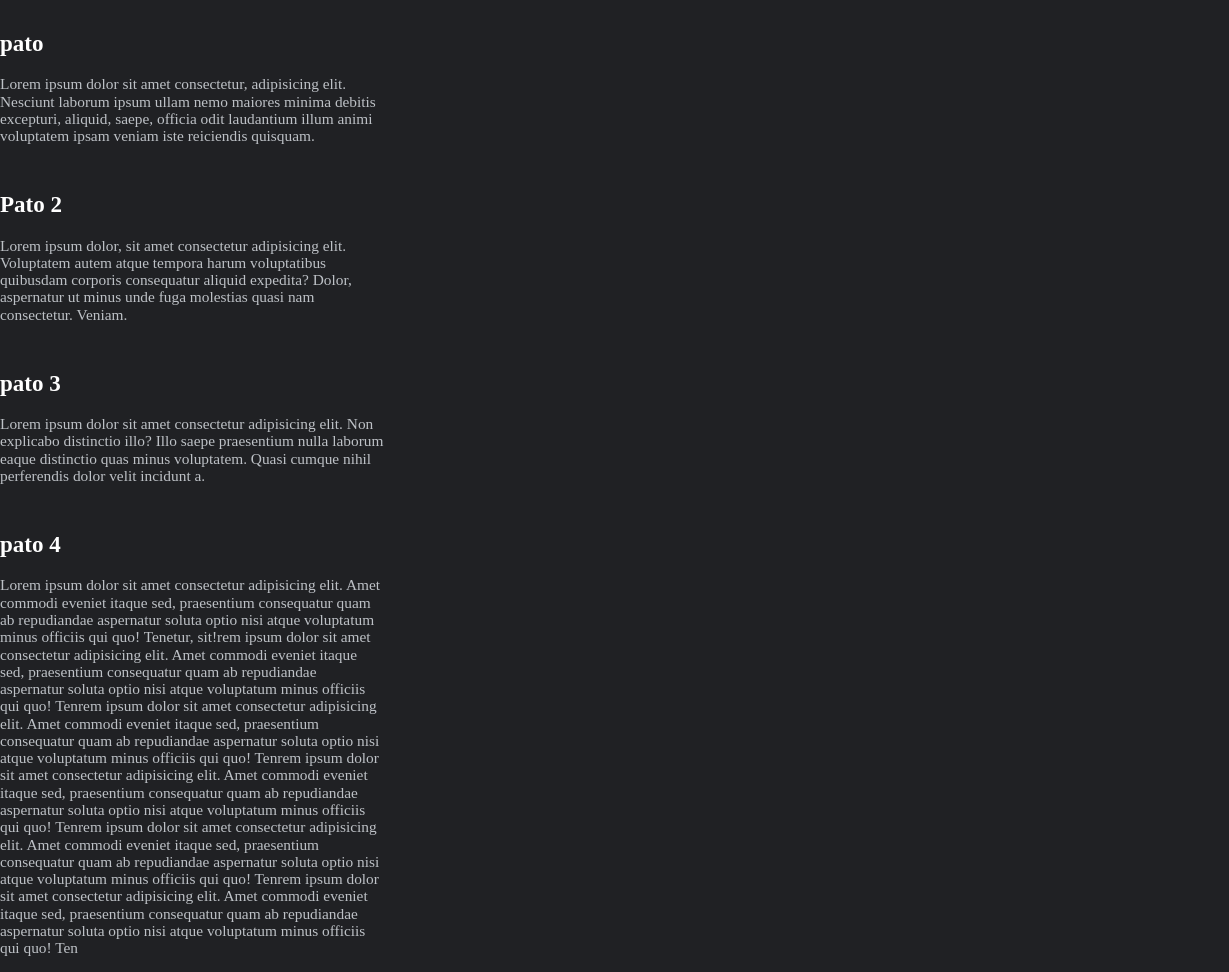
Repository: viviij/Fun-es-Simples-JavaScript
Page: index.html
These files come from the project's save history. The page is drawn as it stood at one moment and after the next save; the edit follows.
The browser window is 1280 px wide. The pictures show the whole page, at 96% of full size.

Above is the page before, as saved 2022-08-25 21:15:30.

### index.html
<!DOCTYPE html>
<html lang="ptBR">
  <head>
    <meta charset="UTF-8">
    <meta http-equiv="X-UA-Compatible" content="IE=edge">
    <meta name="viewport" content="width=device-width, initial-scale=1.0">
    <link rel="stylesheet" href="styles.css">
    <title>Prova C3C</title>
  </head>
  <body>
    <div class="container">
      <section class="questao_1">
        <h1>pato</h1>
        <p>Lorem ipsum dolor sit amet consectetur, adipisicing elit. Nesciunt laborum ipsum ullam nemo maiores minima debitis excepturi, aliquid, saepe, officia odit laudantium illum animi voluptatem ipsam veniam iste reiciendis quisquam.</p>
      </section>

      <div class="divisaoDasQuestoes"></div>

      <section class="questao_2">
        <h1>Pato 2</h1>
        <p>Lorem ipsum dolor, sit amet consectetur adipisicing elit. Voluptatem autem atque tempora harum voluptatibus quibusdam corporis consequatur aliquid expedita? Dolor, aspernatur ut minus unde fuga molestias quasi nam consectetur. Veniam.</p>
      </section>

      <div class="divisaoDasQuestoes"></div>

      <section class="questao_3">
        <h1>pato 3</h1>
        <p>Lorem ipsum dolor sit amet consectetur adipisicing elit. Non explicabo distinctio illo? Illo saepe praesentium nulla laborum eaque distinctio quas minus voluptatem. Quasi cumque nihil perferendis dolor velit incidunt a.</p>
      </section>

      <div class="divisaoDasQuestoes"></div>

      <section class="questao_4">
        <h1>pato 4</h1>
        <p>Lorem ipsum dolor sit amet consectetur adipisicing elit. Amet commodi eveniet itaque sed, praesentium consequatur quam ab repudiandae aspernatur soluta optio nisi atque voluptatum minus officiis qui quo! Tenetur, sit!rem ipsum dolor sit amet consectetur adipisicing elit. Amet commodi eveniet itaque sed, praesentium consequatur quam ab repudiandae aspernatur soluta optio nisi atque voluptatum minus officiis qui quo! Tenrem ipsum dolor sit amet consectetur adipisicing elit. Amet commodi eveniet itaque sed, praesentium consequatur quam ab repudiandae aspernatur soluta optio nisi atque voluptatum minus officiis qui quo! Tenrem ipsum dolor sit amet consectetur adipisicing elit. Amet commodi eveniet itaque sed, praesentium consequatur quam ab repudiandae aspernatur soluta optio nisi atque voluptatum minus officiis qui quo! Tenrem ipsum dolor sit amet consectetur adipisicing elit. Amet commodi eveniet itaque sed, praesentium consequatur quam ab repudiandae aspernatur soluta optio nisi atque voluptatum minus officiis qui quo! Tenrem ipsum dolor sit amet consectetur adipisicing elit. Amet commodi eveniet itaque sed, praesentium consequatur quam ab repudiandae aspernatur soluta optio nisi atque voluptatum minus officiis qui quo! Ten</p>
      </section>
    </div>
    <script src="Prova_Segunda_Etapa_C3C.js"></script>
  </body>
</html>

### styles.css
body {
  margin: 0;
  padding: 0;
  box-sizing: border-box;
  background: var(--background-color);
}

a {
  text-decoration: none;
}

ul {
  list-style: none;
}

:root {
  /*CORES GLOBAIS*/
  --text-color: #bdc1c6;
  --background-color: #202124;
  --title-color: #ffffff;

}

.container section {
  max-height: auto;
  max-width: 400px;
}

section {
  color: var(--text-color);
  margin-top: 2rem;
}

.container .divisaoDasQuestoes {
  height: 1px;
  background: linear-gradient(270deg,
      hsla(var(--hue), 36%, 57%, 1) 0%,
      hsla(var(--hue), 65%, 88%, 0.34) 100%);
}

section h1,
h2,
h3,
h4,
h5 {
  color: var(--title-color);
}

.container .questao_1 {}

.container .questao_2 {}

.container .questao_3 {}

.container .questao_4 {}

Loaded but not shown: Prova_Segunda_Etapa_C3C.js (no stored copy; drawn as an empty file)

After the next save:
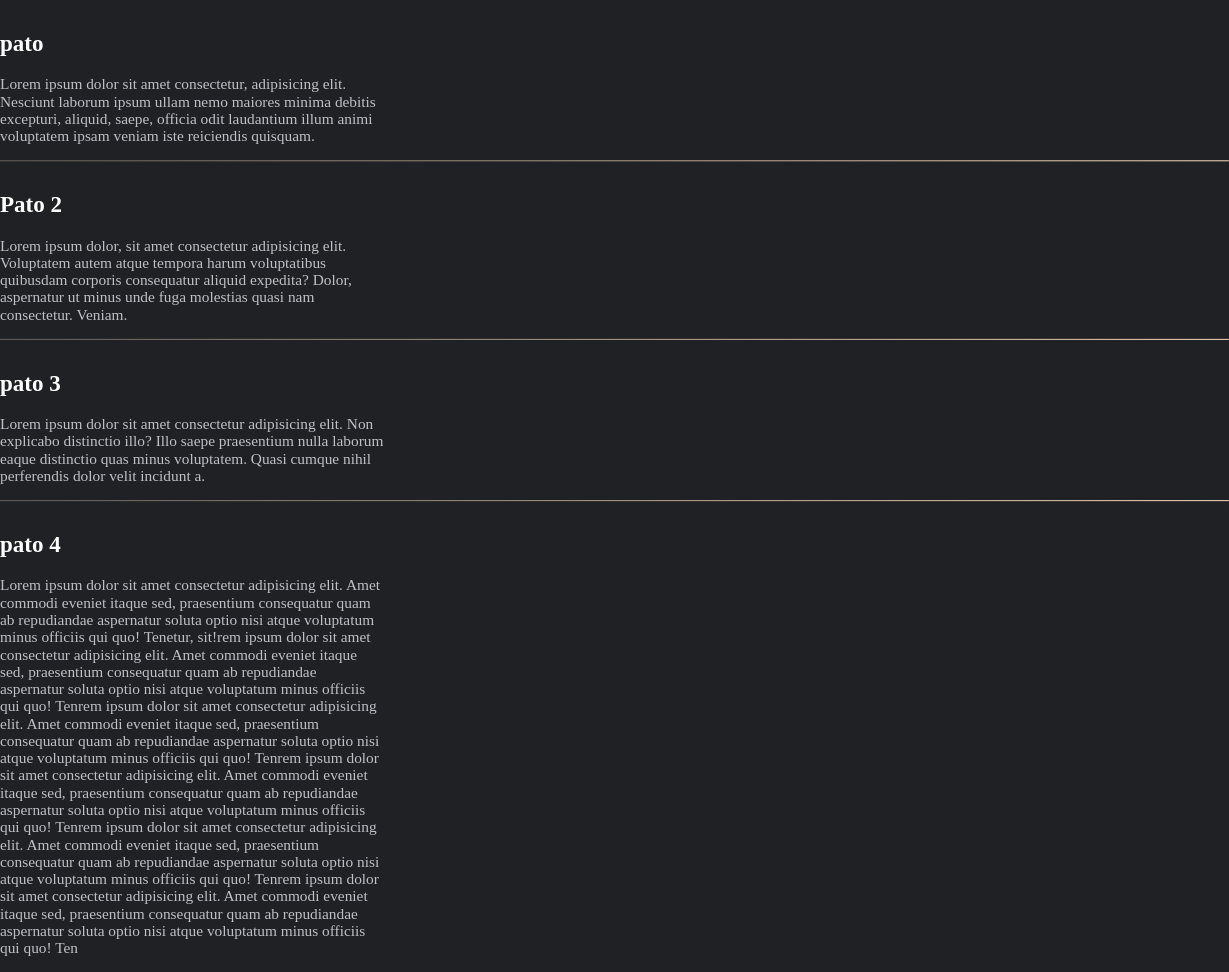
Saved 4 min 3 s later.
--- a/styles.css
+++ b/styles.css
@@ -34,8 +34,8 @@ section {
 .container .divisaoDasQuestoes {
   height: 1px;
   background: linear-gradient(270deg,
-      hsla(var(--hue), 36%, 57%, 1) 0%,
-      hsla(var(--hue), 65%, 88%, 0.34) 100%);
+      hsla(33, 100%, 88%, 1) 0%,
+      hsla(33, 65%, 88%, 0.34) 100%);
 }
 
 section h1,
